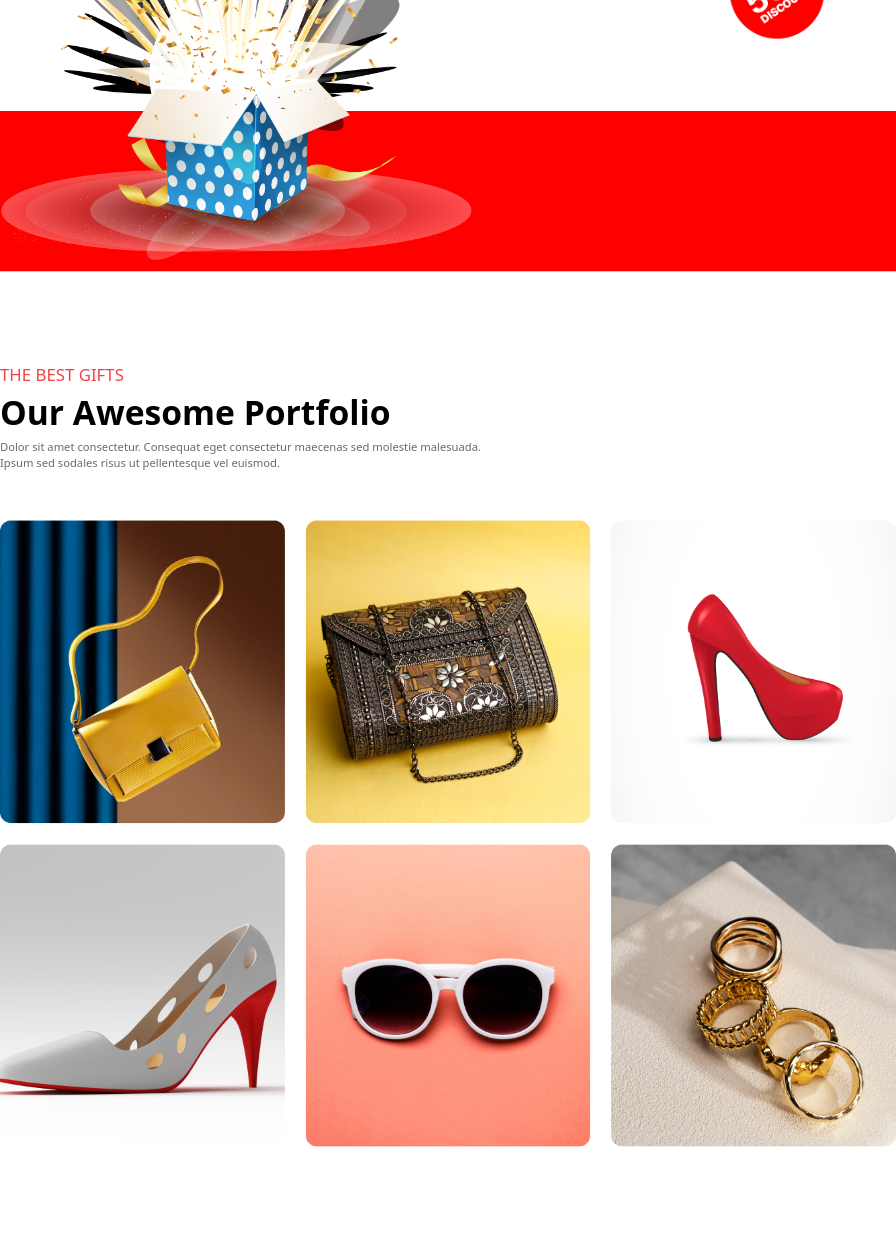
Repository: nahid-hasann/landing-page-1
Page: index.html
These files come from the project's save history. The page is drawn as it stood at one moment and after a run of saves; the edit follows.
The browser window is 1280 px wide. The pictures show the part of the page from y = 4151 to 6071 px (the page is 5945 px tall before and 6071 px after), at 70% of full size.
Some web libraries are served in a nearby version.

Above is the page before, as saved 2025-07-09 21:49:56.

### index.html
<!DOCTYPE html>
<html lang="en">
<head>
    <meta charset="UTF-8">
    <meta name="viewport" content="width=device-width, initial-scale=10">
    <title>Document</title>
    <link rel="stylesheet" href="style.css">
    <script src="https://cdn.tailwindcss.com"></script>

</head>
<body>

<main class="main">

  <section>
      <div class="banner">

        <h6 style="color: white; text-align: center;">Happy New Year</h6>
        <h1 style="color: white; text-align: center;">New Year Party Celebration</h1>

    </div>
  </section>

<section class="discount-section">
      <div class="discount">

      <h1 class="discount-of">65% OFF</h1>
      <br>
      <br>
      <br>
      <p class="discount-p">OUR HOLIDAY DEALS ARE BETTER</p>
      <br>
      <h4 class="discount-h">ALL CATEGORIES</h4>
      <br>
      <img style="width: 802px; text-align: center; margin: auto;" src="images/New Year Photo.png" alt="">

  </div>
</section>

<section class="midnight-party">
      <div>
        <h1 style="font-size: 64px; color: white;">Welcome to midnight party</h1>
        <br>
        <p style="font-size: 18px; color: #b09f7c;">Dolor sit amet consectetur. Consequat eget consectetur maecenas sed molestie malesuada. Ipsum sed sodales risus ut pellentesque vel euismod. </p>
        <br>
        <p style="font-size: 20px ; font-weight: 700; color: white;">Join Now</p>
      </div>

      <img src="images/Group 70.png" alt="">

</section >

<section class=" offer">

         <p style="font-size: 30px;"><span style="color: red; font-size: 30px;">Place:</span> New Park Hotel</p>
         <br>
         <p style="font-size: 30px;"><span style="color: red; font-size: 30px;">Date:</span> 31 December Night 2023</p>
         <br>
         <p style="font-size: 30px;"><span style="color: red; font-size: 30px;">Time:</span> Evening 7.30 pm to 12.30 am</p>
         <br>
         <br>
         <button class="btn">Join Now</button>

</section>


<section class="new-best-offer">

<div class="new-offer1">
  <p style="font-size: 24px; color: red;">NEW BEST OFFER</p>
  <br>
  <h1 style="font-size: 48px;">Coming Soon</h1>
  <br>
  <p style="font-size: 20px ; color: rgba(7, 2, 17, 0.6);">Dolor sit amet consectetur. Consequat eget consectetur maecenas sed molestie malesuada. Ipsum sed sodales risus ut pellentesque vel euismod. </p>
</div>

<div style="padding-right: 100px;" class="new-offer2">
    <div class="circle-border">
      <img style="width: 364px; " src="images/Ellipse 1.png" alt="">
    </div>
</div>

<div class="new-offer3">
      <h2>2024</h2>
      <p>Dolor sit amet consectetur. Consequat eget consectetur maecenas sed.</p>
      <img src="images/Group 96.png" alt="">
</div>

</section>


<section class="holidays">

  <div>
    <p style="font-size: 24px ; text-align: center;">WHAT IS FUNCTIONAL</p>
    <br>
    <h1 style="font-size: 72px; text-align: center;"><span style="color: red; text-align: center;">Holidays</span> Sale 50%</h1>
    <br>
    <p style="text-align: center; font-size: 18px ; padding: 0px 100px;">Dolor sit amet consectetur. Consequat eget consectetur maecenas sed <br>
molestie malesuada. Ipsum sed  sodales risus ut pellentesque vel euismod. Eleifend nunc purus quam id <br> fermentum amet amet sit consectetur.</p>
  </div>

  <div class="holidays-img">
    <img class="img1" src="images/Group 75.png" alt="">
    <img class="img2" src="images/Group 44.png" alt="">
  </div>


</section>


<section class="img-show mb-[130px]">

   <div>
    <p class="text-red-500  text-[24px]">THE BEST GIFTS</p>
    <h1 class="text-[48px] font-bold">Our Awesome Portfolio</h1>
    <p class="text-[rgba(7,2,17,0.6)]">Dolor sit amet consectetur. Consequat eget consectetur maecenas sed molestie malesuada. <br>
    Ipsum sed sodales risus ut pellentesque vel euismod. </p>
   </div>

   <div class="img-show-1">
    <img src="images/Rectangle 3.png" alt="">
    <img src="images/Rectangle 4.png" alt="">
    <img src="images/Rectangle 5.png" alt="">
    <img src="images/Rectangle 6.png" alt="">
    <img src="images/Rectangle 7.png" alt="">
    <img src="images/Rectangle 8.png" alt="">
   </div>

</section>

<section class="subscrib-news-latter">
     <div>
      <img src="images/../icons/Website.png" alt="">
     </div>
</section>

</main>





</body>
</html>

### style.css
*{
    margin: 0;
    padding: 0;
    box-sizing: border-box;
}

.main{
    max-width: 1320px;
    margin: auto;
}

.banner{
    background: linear-gradient(rgba(0, 0, 0, 0.5), rgba(0, 0, 0, 0.5)), url(images/banner.png);
    background-repeat: no-repeat;
    background-size: cover;
    background-position: center;
    margin: 20px auto;
    height: 600px;
    display: flex;
    flex-direction: column;
    justify-content: center;
    border-radius: 15px;

}

.banner h1 {
   font-size: 72px;
}

.banner h6{
    font-size: 32px;
}

.discount{
    display: flex;
    flex-direction: column;
    justify-content: center;
    align-items: center;
}

.discount-of{
    font-size: 88px;
    color: red;
}

.discount-p{
    font-size: 24px ;
    color: red;

}

.discount-h{
    font-size: 48px;
}

.discount-section{
    margin: 130px 0;
}

.midnight-party{
    display: flex;
    justify-content: space-around;
    background: linear-gradient(rgba(0, 0, 0, 0.5), rgba(0, 0, 0, 0.5)), url('images/Vectorrr.png');
    align-items: center;
    padding: 40px 100px;
    border-radius: 10px;
    gap: 40px;
    margin-bottom: 130px;
}

.offer{
    background: linear-gradient(to bottom, #ffeaea, #ffffff);
    padding: 100px;
    display: flex;
    flex-direction: column;
    align-items: center;
    margin-bottom: 130px;
    border-radius: 10px;
}

.btn{
    padding: 13px 24px;
    border: none;
    background-color: red;
    border-radius: 5px;
}

.new-best-offer{
    display: flex;
    gap: 50px;
    align-items: center;
    justify-content: space-between;
    margin: 130px auto;
}

.new-offer2 .circle-border{
    width: 500px;
    height: 500px;
    border-radius: 50%;
    display: flex;
    justify-content: center;
    background: transparent;
    align-items: center;
    border: 20px solid red;

}

.new-offer2 img {
    width: 90%;                 /* Size adjust */
    height: auto;
    object-fit: cover;          /* Maintain image aspect */
}

.holidays{
    margin-bottom: 130px;
}

.img1{
    width: 674px;
}

.img2{
    width: 200px;
    margin-bottom: 300px;
    margin-right: 70px;
}

.holidays-img{
    background-image: url('images/rectangle.png');
    background-repeat: no-repeat;
    background-position: center bottom;
    display: flex;
    justify-content: space-between;
    align-items: flex-end;
    margin-top: 50px;
}

.img-show-1{

    display: grid;
    grid-template-columns: 1fr 1fr 1fr;
    column-gap: 30px;
    row-gap: 30px;
    margin-top: 70px;
}

After the next 3 saves:
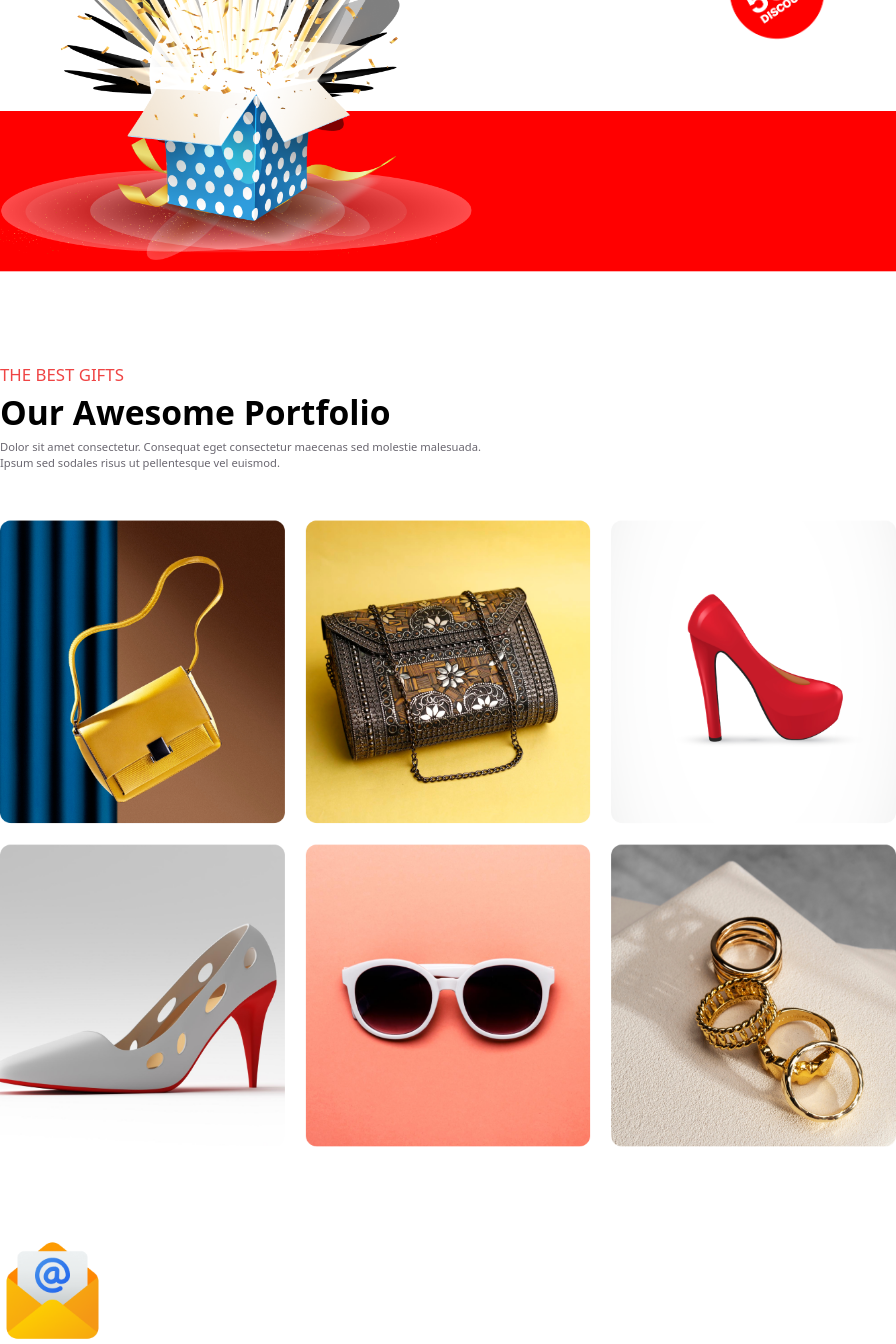
The 3 saves are shown as one change because they came seconds apart.
The last was saved 27 s later.
--- a/index.html
+++ b/index.html
@@ -131,7 +131,8 @@ molestie malesuada. Ipsum sed  sodales risus ut pellentesque vel euismod. Eleife
 
 <section class="subscrib-news-latter">
      <div>
-      <img src="images/../icons/Website.png" alt="">
+      <img src="images/Group 61.png" alt="">
+
      </div>
 </section>
 
